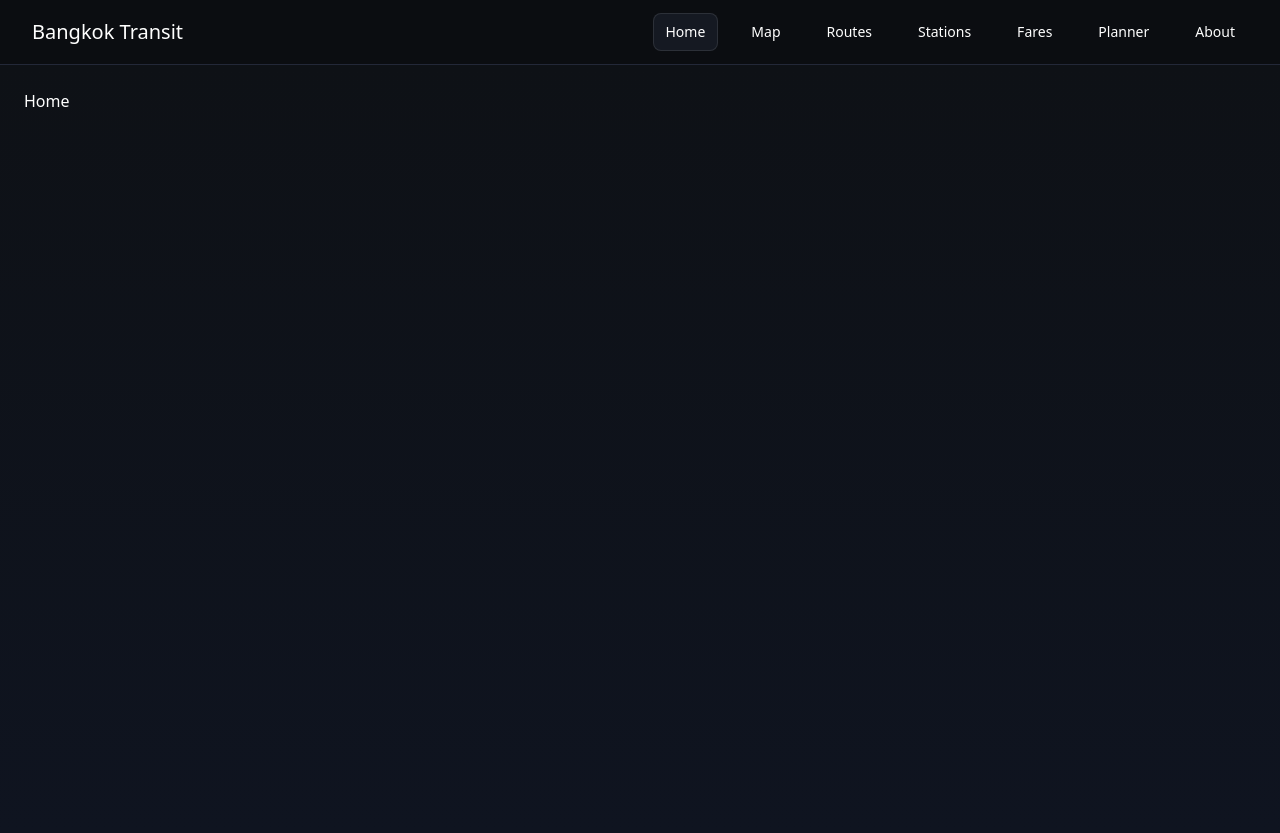
Repository: pyaestk/Bangkok-transit-map
Page: /
An editor plug-in stored every save of this project. The page is shown before and after the next save, followed by the edit.
The browser window is 1280 px wide. The pictures show the whole page.
The project was rebuilt for these pictures with package versions that can differ from the ones it lists, and the page was loaded fresh each time. Also part of the build but not shown: vite.config.ts, src/component/FiltersCard.tsx, src/pages/Map.tsx, src/pages/Planner.tsx, src/pages/Stations.tsx, src/pages/TrainRoutes.tsx, src/pages/Fares.tsx, src/pages/About.tsx.

Above is the page before, as saved 2025-10-04 10:16:47.

### index.html
<!doctype html>
<html lang="en">
  <head>
    <meta charset="UTF-8" />
    <link rel="icon" type="image/svg+xml" href="/vite.svg" />
    <meta name="viewport" content="width=device-width, initial-scale=1.0" />
    <title>bangkok-transit-map</title>
  </head>
  <body>
    <div id="root"></div>
    <script type="module" src="/src/main.tsx"></script>
  </body>
</html>

### src/main.tsx
import { StrictMode } from 'react'
import { createRoot } from 'react-dom/client'
import './index.css'
import App from './App.tsx'
import { BrowserRouter as Router } from 'react-router'

createRoot(document.getElementById('root')!).render(
  <StrictMode>
    <Router>
      <App />
    </Router>
  </StrictMode>,
)

### src/App.tsx
import "./App.css";
import NavBar from "./component/NavBar";
import { Routes, Route } from "react-router-dom";
import Home from "./pages/Home";
import Map from "./pages/Map";
import Planner from "./pages/Planner";
import Stations from "./pages/Stations";
import TrainRoutes from "./pages/TrainRoutes";
import Fares from "./pages/Fares";
import About from "./pages/About";


function App() {
  return (
    <div className="min-h-screen flex flex-col">
      {/* Navbar at the top */}
      <NavBar />

      {/* Main content area */}
      <main className="flex-1 p-6 bg-[linear-gradient(180deg,rgba(14,17,22,1)_0%,rgba(15,20,32,1)_100%)]">
        <Routes>
          <Route
            path="/"
            element={ <Home/> }
          />
          <Route
            path="/map"
            element={ <Map/> }
          />
          <Route
            path="/planner"
            element={ <Planner/>}
          />
          <Route
            path="/routes"
            element={<TrainRoutes/>}
          />
          <Route
            path="/stations"
            element={<Stations/>}
          />
          <Route
            path="/fares"
            element={<Fares/>}
          />
          <Route
            path="/about"
            element={<About/>}
          />
        </Routes>
      </main>
    </div>
  );
}

export default App;

### src/App.css
@import "tailwindcss";

:root {
  background: black;
}

### src/component/NavBar.tsx
import { NavLink } from "react-router-dom";
import { useState } from "react";

function NavBar() {
  const [open, setOpen] = useState(false);

  const baseClasses =
    "px-3 py-2 text-sm border border-transparent block text-center";
  const inactiveClasses = "text-white transition-colors";
  const activeClasses = "bg-[#151922] border rounded-lg text-white border-white/10";

  const links = [
    { to: "/", label: "Home" },
    { to: "/map", label: "Map" },
    { to: "/routes", label: "Routes" },
    { to: "/stations", label: "Stations" },
    { to: "/fares", label: "Fares" },
    { to: "/planner", label: "Planner" },
    { to: "/about", label: "About" },
  ];

  return (
    <nav className="sticky top-0 z-50 bg-[#0e1116cc] border-b border-[#232838] backdrop-blur-[5px] backdrop-brightness-[100%] [-webkit-backdrop-filter:blur(5px)_brightness(100%)]">
      <div className="max-w-7xl mx-auto px-4 sm:px-6 lg:px-8">
        <div className="flex items-center justify-between h-16">
          {/* Left side (Logo / Brand) */}
          <div className="flex-shrink-0 text-white text-xl">
            Bangkok Transit
          </div>

          {/* Desktop links */}
          <div className="hidden md:flex space-x-5">
            {links.map((l) => (
              <NavLink
                key={l.to}
                to={l.to}
                className={({ isActive }) =>
                  `${baseClasses} ${isActive ? activeClasses : inactiveClasses}`
                }
              >
                {l.label}
              </NavLink>
            ))}
          </div>

          {/* Mobile hamburger button */}
          <div className="md:hidden">
            <button
              aria-label="Toggle menu"
              onClick={() => setOpen((s) => !s)}
              className="inline-flex items-center justify-center p-2 rounded-md text-white hover:bg-white/5 focus:outline-none focus:ring-2 focus:ring-white"
            >
              <span className="sr-only">Open main menu</span>
              {/* Hamburger / X icon */}
              <svg
                className={`h-6 w-6 ${open ? "hidden" : "block"}`}
                xmlns="http://www.w3.org/2000/svg"
                fill="none"
                viewBox="0 0 24 24"
                strokeWidth={2}
                stroke="currentColor"
                aria-hidden="true"
              >
                <path
                  strokeLinecap="round"
                  strokeLinejoin="round"
                  d="M3 6h18M3 12h18M3 18h18"
                />
              </svg>
              <svg
                className={`h-6 w-6 ${open ? "block" : "hidden"}`}
                xmlns="http://www.w3.org/2000/svg"
                fill="none"
                viewBox="0 0 24 24"
                strokeWidth={2}
                stroke="currentColor"
                aria-hidden="true"
              >
                <path
                  strokeLinecap="round"
                  strokeLinejoin="round"
                  d="M6 18L18 6M6 6l12 12"
                />
              </svg>
            </button>
          </div>
        </div>
      </div>

      {/* Mobile menu, shown when open is true */}
      <div className={`md:hidden ${open ? "block" : "hidden"} `}>
        <div className="px-2 pt-2 pb-3 space-y-1">
          {links.map((l) => (
            <NavLink
              key={l.to}
              to={l.to}
              onClick={() => setOpen(false)}
              className={({ isActive }) =>
                `${baseClasses} ${isActive ? activeClasses : inactiveClasses}`
              }
            >
              {l.label}
            </NavLink>
          ))}
        </div>
      </div>
    </nav>
  );
}

export default NavBar;

### src/pages/Home.tsx
export default function Home() {
  return (
    <div className="min-h-screen">
      <h1 className="text-white">Home</h1>
    </div>
  )
}

Loaded but not shown: src/index.css (common file)

After the next save:
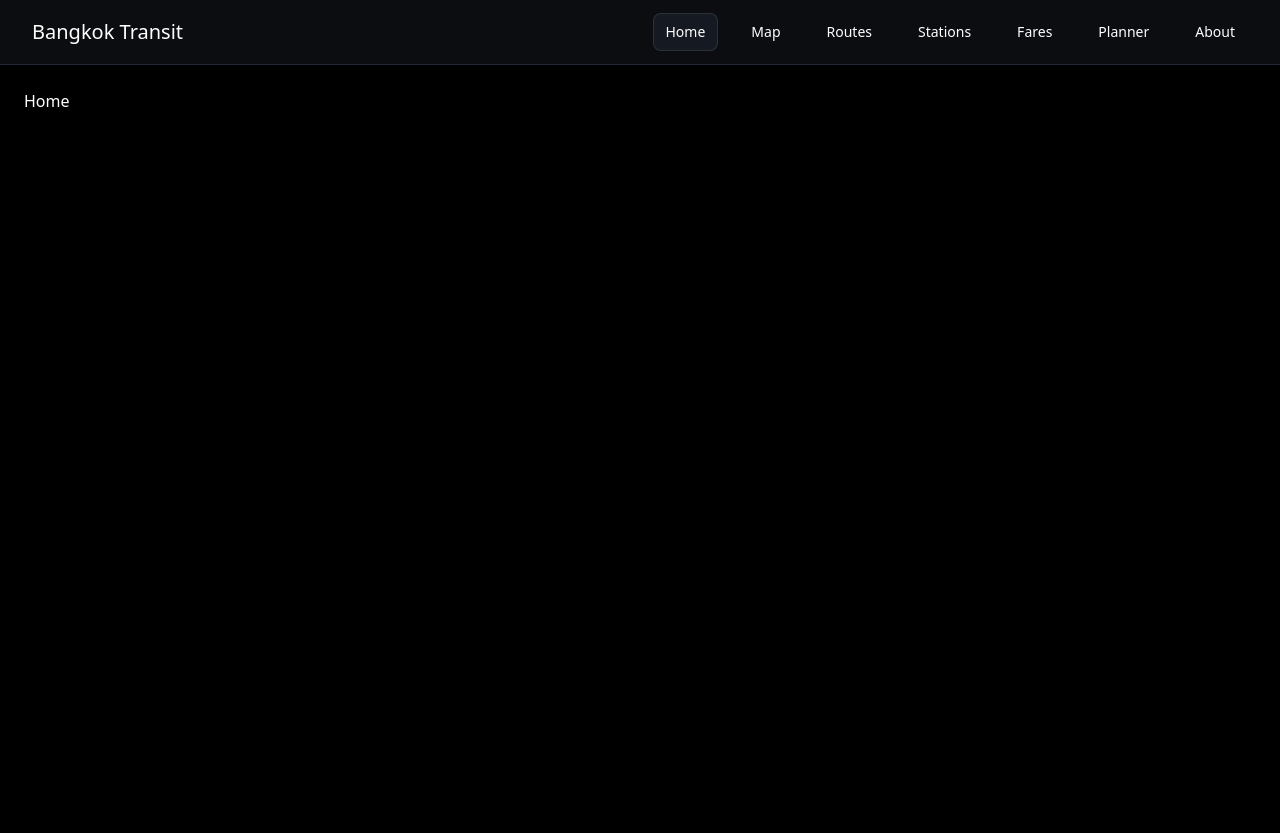
Saved 25 s later.
--- a/src/App.tsx
+++ b/src/App.tsx
@@ -17,7 +17,7 @@ function App() {
       <NavBar />
 
       {/* Main content area */}
-      <main className="flex-1 p-6 bg-[linear-gradient(180deg,rgba(14,17,22,1)_0%,rgba(15,20,32,1)_100%)]">
+      <main className="flex-1 p-6 bg-black">
         <Routes>
           <Route
             path="/"
